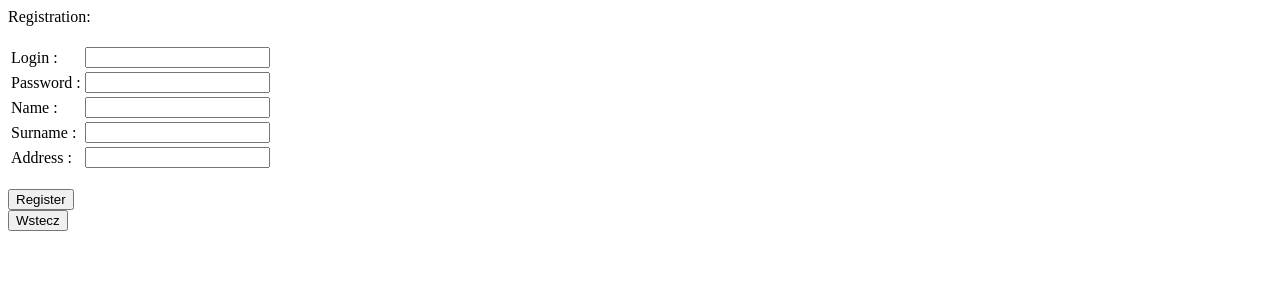
Repository: zlenyk/wrzucak
Page: http://localhost/Shop/registration.html
These files come from the project's save history. The page is drawn as it stood at one moment and after the next save; the edit follows.
The browser window is 1280 px wide. The pictures show the whole page.
The page is served by Tomcat 9.

Above is the page before, as saved 2013-09-24 12:08:26.

### Shop/WebContent/registration.html
<!DOCTYPE html>
<html>
<head>
<meta http-equiv="Content-Type" content="text/html; charset=ISO-8859-1">
<head>
  <link rel="Stylesheet" type="text/css" href="style.css" />
</head>
<body>
  <form method="POST" action="http://localhost:8080/Shop/Registration">
    Registration:<br /><br />
    <table id = "box">
    	<tr>
    		<td>Login :</td> <td><input type="text" name="login" /></td>
    	</tr>
    	<tr>
    		<td>Password :</td> <td><input type="password" name="password" /></td>
    	</tr>
    	<tr>
    		<td>Name :</td> <td><input type="text" name="name" /></td>
    	</tr>
    	<tr>
    		<td>Surname :</td> <td><input type="text" name="surname" /></td>
    	</tr>
    	<tr>
    		<td>Address :</td> <td><input type="text" name="address" /></td>
    	</tr>
    </table>
    <br />
    <input type="hidden" name ="action" value = "login" />
    <input type="submit" value="Register" />
  </form>
  <form action="http://localhost:8080/Shop/index.html">
    <input type="submit" value="Wstecz">
</form>
</body>
</html>

### Shop/WebContent/style.css
@CHARSET "UTF-8";

.back {
	background-image:url("images/running_background.jpg");
	background-size:100% 650px;
}

ul, ul li {
	display: block;
	list-style: none;
	margin: 0;
	padding: 0;
}

ul {
	width: 150px;
	padding: 2px 2px 1px 2px;
	background-color: #9ce;
	border: 3px double #28e;
}

ul li {
	border-bottom: 1px solid #9ce;
}

ul a:link, ul a:visited {
	display: block;
	width: 126px;
	text-decoration: none;
	padding: 7px;
	font-weight: bold;
	background-color: #27c;
	color: #def;
	border-left: 10px solid #25b;
}

ul a:hover {
	width: 136px;
	background-color: #28e;
	color: #fff;
	border-left: 20px solid #26d;
}
.box
{
	font-size: 12px;
	margin: 45px;
	width: 480px;
	text-align: left;
	border-collapse: collapse;
}
.box th
{
	font-size: 13px;
	font-weight: normal;
	padding: 8px;
	background: #b9c9fe;
	border-top: 4px solid #aabcfe;
	border-bottom: 1px solid #fff;
	color: #039;
}
.box td
{
	padding: 8px;
	background: #e8edff;
	border-bottom: 1px solid #fff;
	color: #669;
	border-top: 1px solid transparent;
}
.box tr:hover td
{
	background: #d0dafd;
	color: #339;
}

After the next save:
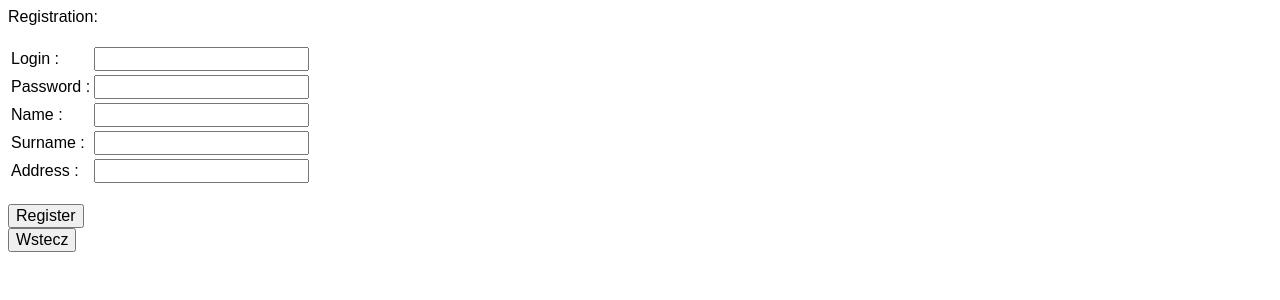
Saved 34 s later.
--- a/Shop/WebContent/style.css
+++ b/Shop/WebContent/style.css
@@ -1,4 +1,35 @@
 @CHARSET "UTF-8";
+
+html {
+    font-family: sans-serif; /* 1 */
+}
+
+a {
+    background: transparent;
+}
+a:active,
+a:hover {
+    outline: 0;
+}
+h1 {
+    font-size: 2em;
+    margin: 0.67em 0;
+}
+
+fieldset {
+    border: 1px solid #c0c0c0;
+    margin: 0 2px;
+    padding: 0.35em 0.625em 0.75em;
+}
+
+button,
+input,
+select,
+textarea {
+    font-family: inherit; /* 1 */
+    font-size: 100%; /* 2 */
+    margin: 0; /* 3 */
+}
 
 .back {
 	background-image:url("images/running_background.jpg");

After the save that followed:
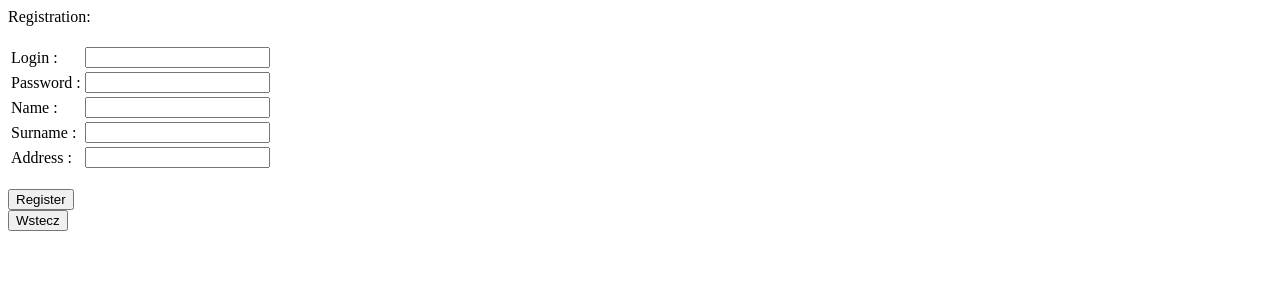
Saved 19 s later.
--- a/Shop/WebContent/style.css
+++ b/Shop/WebContent/style.css
@@ -1,35 +1,5 @@
 @CHARSET "UTF-8";
 
-html {
-    font-family: sans-serif; /* 1 */
-}
-
-a {
-    background: transparent;
-}
-a:active,
-a:hover {
-    outline: 0;
-}
-h1 {
-    font-size: 2em;
-    margin: 0.67em 0;
-}
-
-fieldset {
-    border: 1px solid #c0c0c0;
-    margin: 0 2px;
-    padding: 0.35em 0.625em 0.75em;
-}
-
-button,
-input,
-select,
-textarea {
-    font-family: inherit; /* 1 */
-    font-size: 100%; /* 2 */
-    margin: 0; /* 3 */
-}
 
 .back {
 	background-image:url("images/running_background.jpg");
